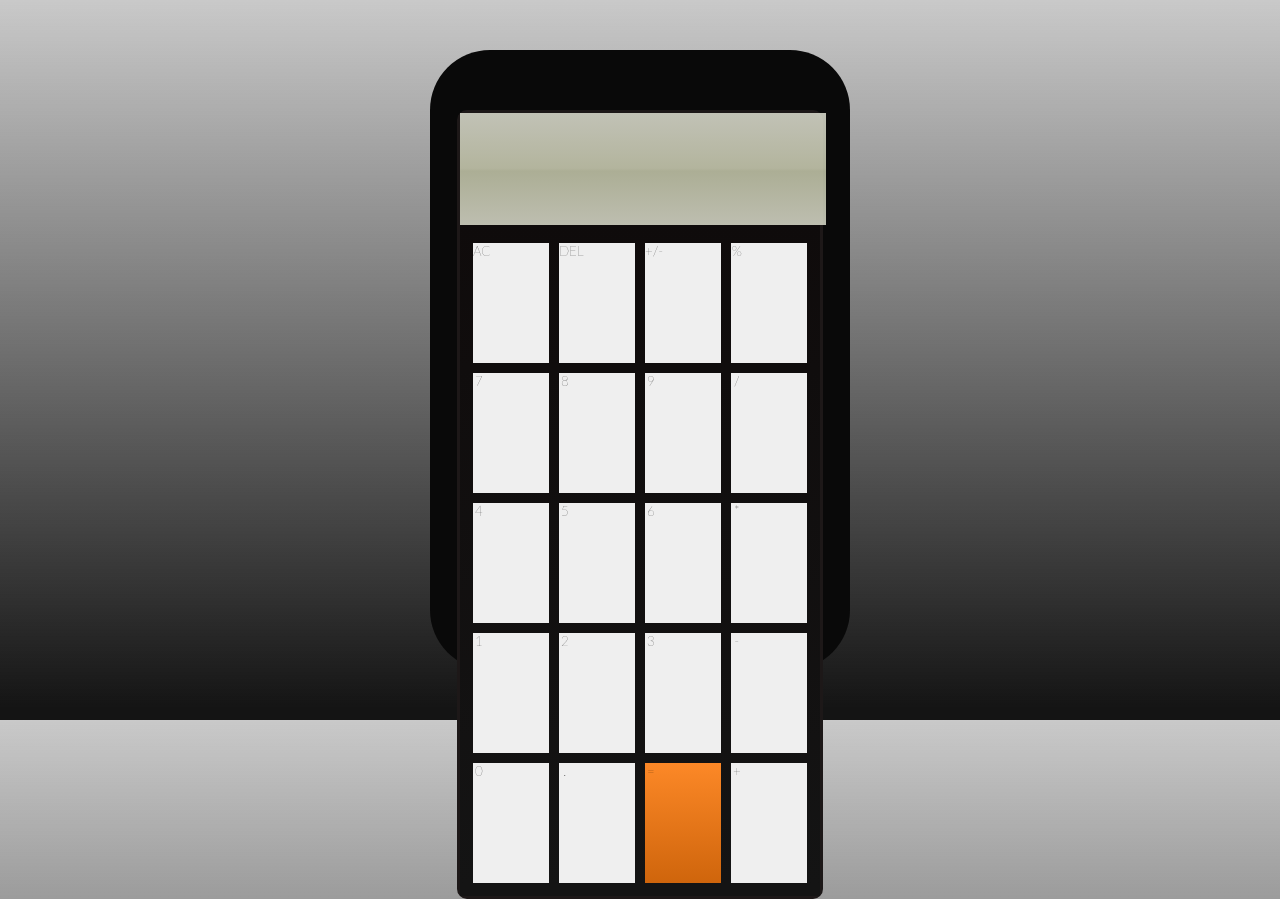
Repository: MhlengiNgubane/BrainnestJsTwo
Page: index.html
An editor plug-in stored every save of this project. The page is shown before and after the next save, followed by the edit.
The browser window is 1280 px wide. The pictures show the whole page.

Above is the page before, as saved 2022-09-12 09:05:40.

### index.html
<!DOCTYPE html>
<html lang="en">
<head>
    <meta charset="UTF-8">
    <meta http-equiv="X-UA-Compatible" content="IE=edge">
    <meta name="viewport" content="width=device-width, initial-scale=1.0">
    <title>CALCULATOR</title>

    <link rel="stylesheet" href="style.css">
</head>
    <body>
        <div class="wrapper">
            <div class="container">
                <input type="text" class="input" value="" disabled />
                <div class="buttons">
                    <button value="AC" class="brown clear">AC</button>
                    <button value="DEL" class="brown delete">DEL</button>
                    <button value="+/-" class="brown plusMinus">+/-</button>
                    <button value="%" class="brown percent">%</button>

                    <button value="7" class="number">7</button>
                    <button value="8" class="number">8</button>
                    <button value="9" class="number">9</button>
                    <button value="/" class="brown operator">/</button>

                    <button value="4" class="number">4</button>
                    <button value="5" class="number">5</button>
                    <button value="6" class="number">6</button>
                    <button value="*" class="brown operator">*</button>

                    <button value="1" class="number">1</button>
                    <button value="2" class="number">2</button>
                    <button value="3" class="number">3</button>
                    <button value="-" class="brown operator">-</button>

                    <button value="0" class="zero number">0</button>
                    <button value="." class="decimal">.</button>
                    <button value="=" class="equal operator">=</button>
                    <button value="+" class="brown operator">+</button>
                </div>
            </div>
        </div>
        <script src="App.js"></script>
    </body>
</html>

### style.css
* {
    border: 0;
    margin: 0;
    padding: 0;
    font-family: 'lato';
    font-weight: 100;
}

body{
    font-family: 'Roboto';
    font-weight: 400;
    background: linear-gradient(360deg, #141414 1.56%, rgba(0, 0, 0, 0.21) 100%);
    width: 100%;
    height: 100vh;
    display: flex;
    flex-direction: column;
    align-items: center;
    justify-content: center;
}

.wrapper{
    width: 420px;
    height: 620px;
    background: #090909;
    border-radius: 60px;
}

.container{
    align-items: center;
    margin: auto;
    margin-top: 60px;
    width: 360px;
    border: 20px;
    border: 3px solid #1d1818;
    background-color: #130e0e;
    border-radius: 10px;
    margin-bottom: 60px;
}

.input{
    background: linear-gradient(360deg, #E8EAD8 0%, #D2D6B7 48.12%, #DBDEC1 50.76%, #EDEFE0 100%);
    width: 94%;
    min-height: 65px;
    padding: 0 14px;
    text-align:  end;
    font-size: 48px;
    line-height: 112px;
    display: flex;
    align-items: center;
    justify-content: end;
    color: #000000;
    opacity: 0.8;
    outline: none;
    border: none;
}

.buttons{
    display: grid;
    grid-template-columns: repeat(4, 1fr);
    row-gap: 10px;
    column-gap: 10px;
    background: linear-gradient(360deg, #141414 1.56%, rgba(0, 0, 0, 0.21) 100%);
    padding: 18px 13px 13px 13px;
}

button{
    display: grid;
    grid-gap: 10px;
    grid-template-columns: repeat(4, 1fr);
    grid-template-rows: repeat(5, 1fr);
}

.grey{
    background: linear-gradient(180deg, #7F878C 0%, #4C5154 100%);
}


.equal{
    background: linear-gradient(180deg, #FC8827 0%, #CF650C 100%);
}

@media(max-width: 430px){
    .wrapper{
        width: 100%;
        height: 100%;
        border-radius: 0;
    }

    .buttons{
        row-gap: 5px;
        column-gap: 5px;
        background: linear-gradient(360deg, #141414 1.56%, rgba(0, 0, 0, 0.21) 100%);
        padding: 18px 13px 13px 13px;
    }


}

### App.js
/* Add two numbers */
function add(firstNumber, secondNumber){
  return firstNumber + secondNumber;
}
/* subtract two numbers */
function subtract(firstNumber, secondNumber){
  return firstNumber - secondNumber;
}
/* multiply two numbers */
function multiply(firstNumber, secondNumber){
  return firstNumber * secondNumber;
}
/* divide two numbers */
function divide(firstNumber, secondNumber){
  return firstNumber / secondNumber;
}
/* Make the operations */
function operate(operator, firstNumber, secondNumber){
  if(operator === '+'){
      return add(firstNumber, secondNumber);
  }
  else if(operator === '-'){
      return subtract(firstNumber, secondNumber);
  }
  else if(operator === '*'){
      return multiply(firstNumber, secondNumber);
  }
  else if(operator === '/'){
      return divide(firstNumber, secondNumber);
  }
  return secondNumber;
}

const display = document.querySelector('.input');

const calculator = {
  displayValue: '0',
  firstNumber: null,
  operator: null,
  secondNumber: false,
};

function clear() {
  calculator.displayValue = '0';
  calculator.firstNumber = null;
  calculator.operator = null;
  calculator.secondNumber = false;
}

function updateDisplay() {
  display.value = calculator.displayValue;
}

const buttons = document.querySelector('.buttons');
buttons.addEventListener('click', (e) => {
const target = e.target;

  if (!target.matches('button')) {
      return;
  }

  if (target.classList.contains('clear')) {
      clear();
      updateDisplay();
      return;
  }

  if (target.classList.contains('delete')) {
      undo();
      return;
  }

  if (target.classList.contains('plusMinus')) {
      plusMinus();
      return;
  }

  if (target.classList.contains('percent')) {
      percentage();
      return;
  }

  if (target.classList.contains('decimal')) {
      decimal(target.value);
      updateDisplay();
      return;
  }

  if (target.classList.contains('operator')) {
      calculate(target.value);
      updateDisplay();
      return;
  }

      displayNumber(target.value);
      updateDisplay();
});

function undo(){
  display.value = display.value.slice(0, -1);
  calculator.displayValue = display.value;
}

function plusMinus(){
  let displayPlusMinus = calculator.displayValue;
  if(displayPlusMinus >= 0){
      display.value = '-' + displayPlusMinus;
  }
  calculator.displayValue = display.value;
}

function percentage(){
  let displayPercent = calculator.displayValue;
  if(displayPercent != 0){
      display.value = displayPercent / 100;
  }
 calculator.displayValue = display.value;
}

function decimal(dot) {
  if (calculator.secondNumber === true) {
      calculator.displayValue = '0.'
      calculator.secondNumber = false;
      return
  }
  if (!calculator.displayValue.includes(dot)) {
      calculator.displayValue += dot;
  }
}

function displayNumber(number) {
  let displayValue = calculator.displayValue;
  const secondNumber = calculator.secondNumber;

  if (secondNumber === true) {
      calculator.displayValue = number;
      calculator.secondNumber = false;
  }
  else if(displayValue === '0'){
      calculator.displayValue = number;
  }
  else{
      calculator.displayValue = displayValue + number;
  }
}

function calculate(inputOperator) {
  const firstNumber = calculator.firstNumber;
  const displayValue = calculator.displayValue;
  const operator  = calculator.operator;

  const inputValue = parseFloat(displayValue);

  if (operator && calculator.secondNumber)  {
      calculator.operator = inputOperator;
      return;
    }

  if (firstNumber == null) {
      calculator.firstNumber = inputValue;

  } else if (operator) {
      const result = operate(operator, firstNumber, inputValue);
      calculator.displayValue = `${parseFloat(result.toFixed(6))}`;
      calculator.firstNumber = result;
  }
  calculator.secondNumber = true;
  calculator.operator = inputOperator;
  console.log(calculator);
}

After the next save:
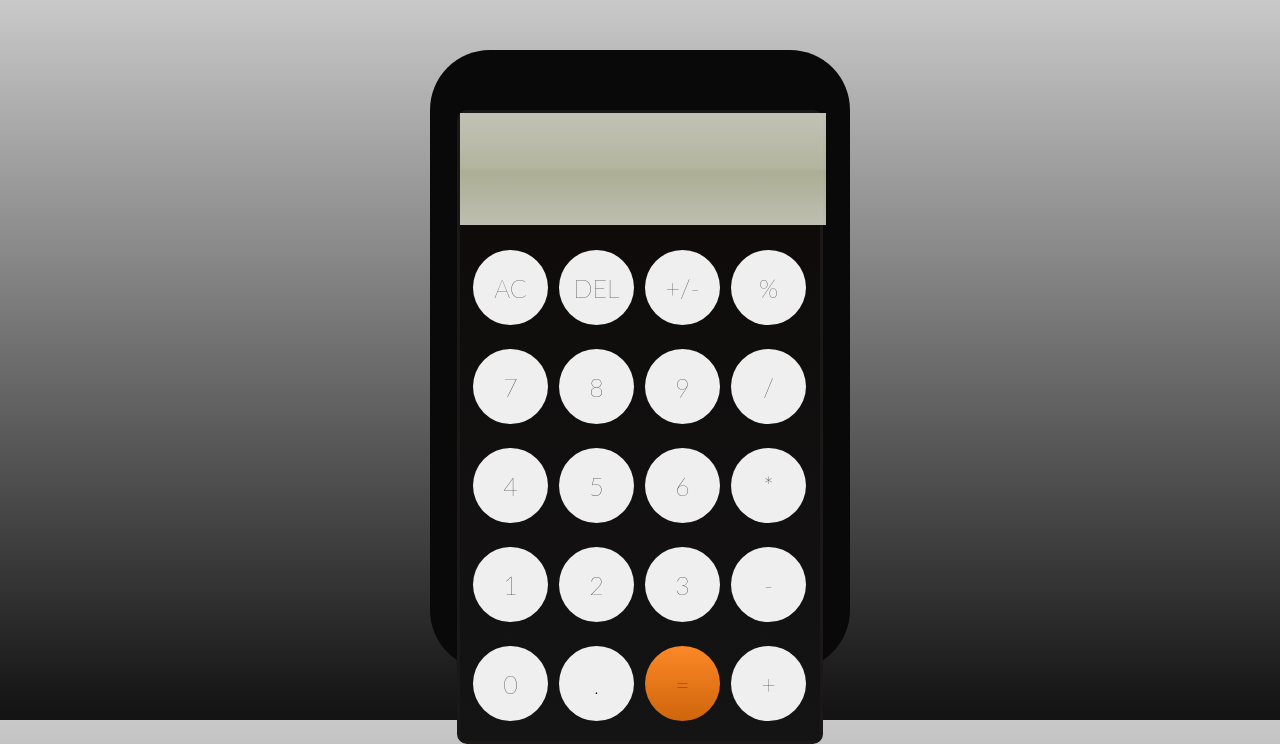
Saved 72 s later.
--- a/style.css
+++ b/style.css
@@ -64,10 +64,15 @@ body{
 }
 
 button{
-    display: grid;
-    grid-gap: 10px;
-    grid-template-columns: repeat(4, 1fr);
-    grid-template-rows: repeat(5, 1fr);
+    border: 1;
+    outline: none;
+    height: 75px;
+    width: 75px;
+    border-radius: 70px;
+    text-align: center;
+    margin-top: 7px;
+    margin-bottom: 7px;
+    font-size: 25px;
 }
 
 .grey{
